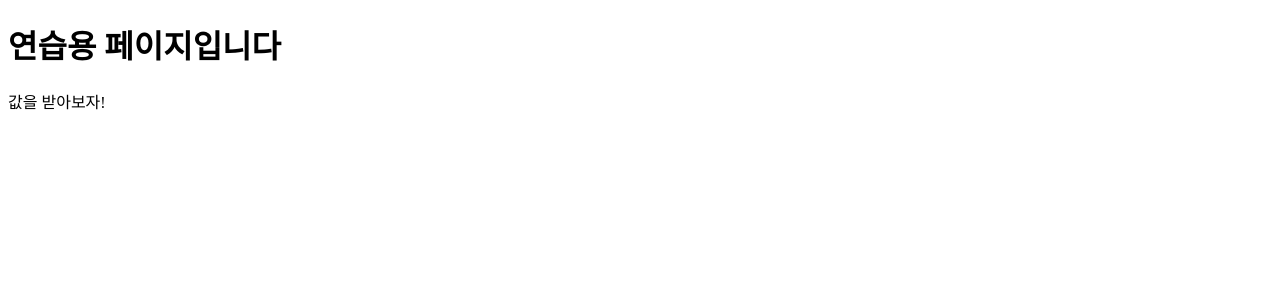
Repository: loseminho/khAcademy-Study
Page: http://localhost/02_SpringMVC_CRUD_TEST/
An editor plug-in stored every save of this project. The page is shown before and after the next save, followed by the edit.
The browser window is 1280 px wide. The pictures show the whole page.
The page is served by Tomcat 9. Other server files are loaded and not shown.

Above is the page before, as saved 2022-09-30 08:42:54.

### spring/workspace-sts-3.9.13.RELEASE/02_SpringMVC_CRUD_TEST/src/main/webapp/index.jsp
<%@ page language="java" contentType="text/html; charset=UTF-8"
    pageEncoding="UTF-8"%>
<!DOCTYPE html>
<html>
<head>
<meta charset="UTF-8">
<title>Insert title here</title>
</head>
<body>
	<h1>연습용 페이지입니다</h1>
	값을 받아보자!
</body>
</html>

After the next save:
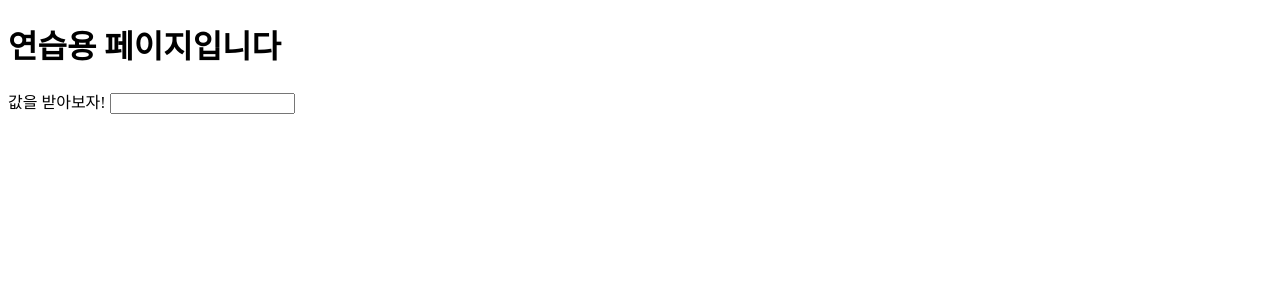
Saved 2 min 52 s later.
--- a/spring/workspace-sts-3.9.13.RELEASE/02_SpringMVC_CRUD_TEST/src/main/webapp/index.jsp
+++ b/spring/workspace-sts-3.9.13.RELEASE/02_SpringMVC_CRUD_TEST/src/main/webapp/index.jsp
@@ -8,6 +8,6 @@
 </head>
 <body>
 	<h1>연습용 페이지입니다</h1>
-	값을 받아보자!
+	값을 받아보자! <input type="text" name="mainText">
 </body>
 </html>
